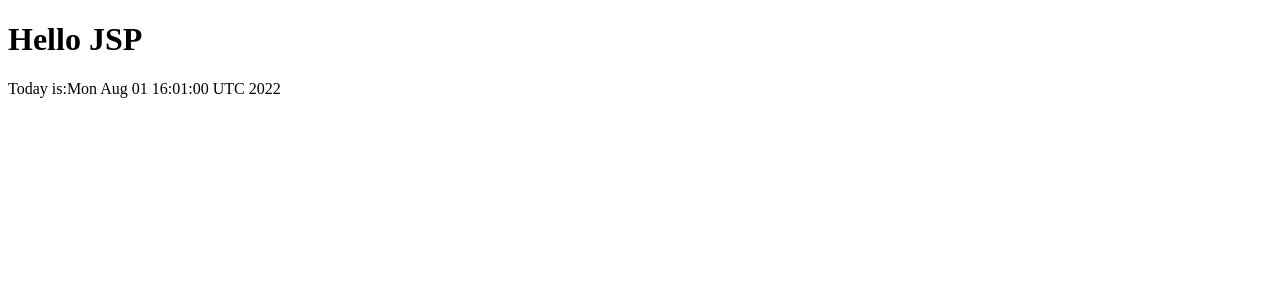
Repository: HashmiAalam/ServletBasicsByAlam
Page: http://localhost/com.dss.pagecontext/second.jsp
An editor plug-in stored every save of this project. The page is shown before and after the next save, followed by the edit.
The browser window is 1280 px wide. The pictures show the whole page.
The page is served by Tomcat 9. Other server files are loaded and not shown.

Above is the page before, as saved 2022-10-14 11:54:29.

### com.dss.pagecontext/src/main/webapp/second.jsp
<%@ page language="java" contentType="text/html; charset=ISO-8859-1"
    pageEncoding="ISO-8859-1"%>
<!DOCTYPE html>
<html>
<head>
<meta charset="ISO-8859-1">
<title>Insert title here</title>
</head>
<body>
<h1>Hello JSP</h1>
<% out.print("Today is:"+java.util.Calendar.getInstance().getTime()); %>
</body>
</html>

After the next save:
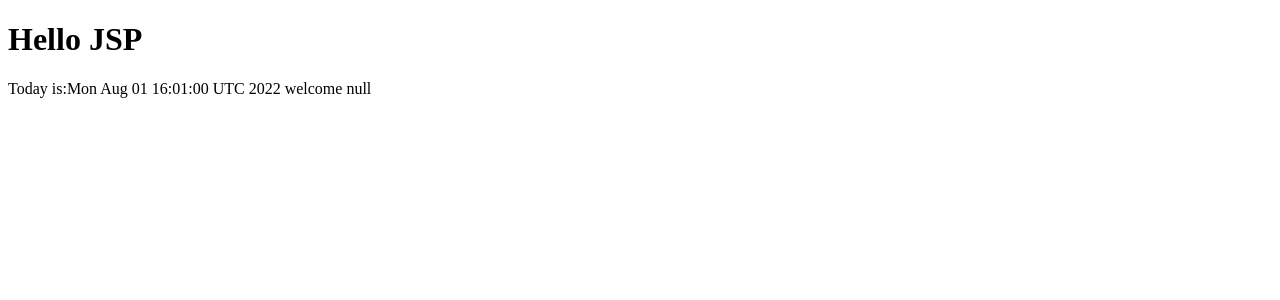
Saved 78 s later.
--- a/com.dss.pagecontext/src/main/webapp/second.jsp
+++ b/com.dss.pagecontext/src/main/webapp/second.jsp
@@ -9,5 +9,9 @@
 <body>
 <h1>Hello JSP</h1>
 <% out.print("Today is:"+java.util.Calendar.getInstance().getTime()); %>
+<%
+String name=request.getParameter("uname");
+out.print("welcome "+name);
+%>
 </body>
 </html>
